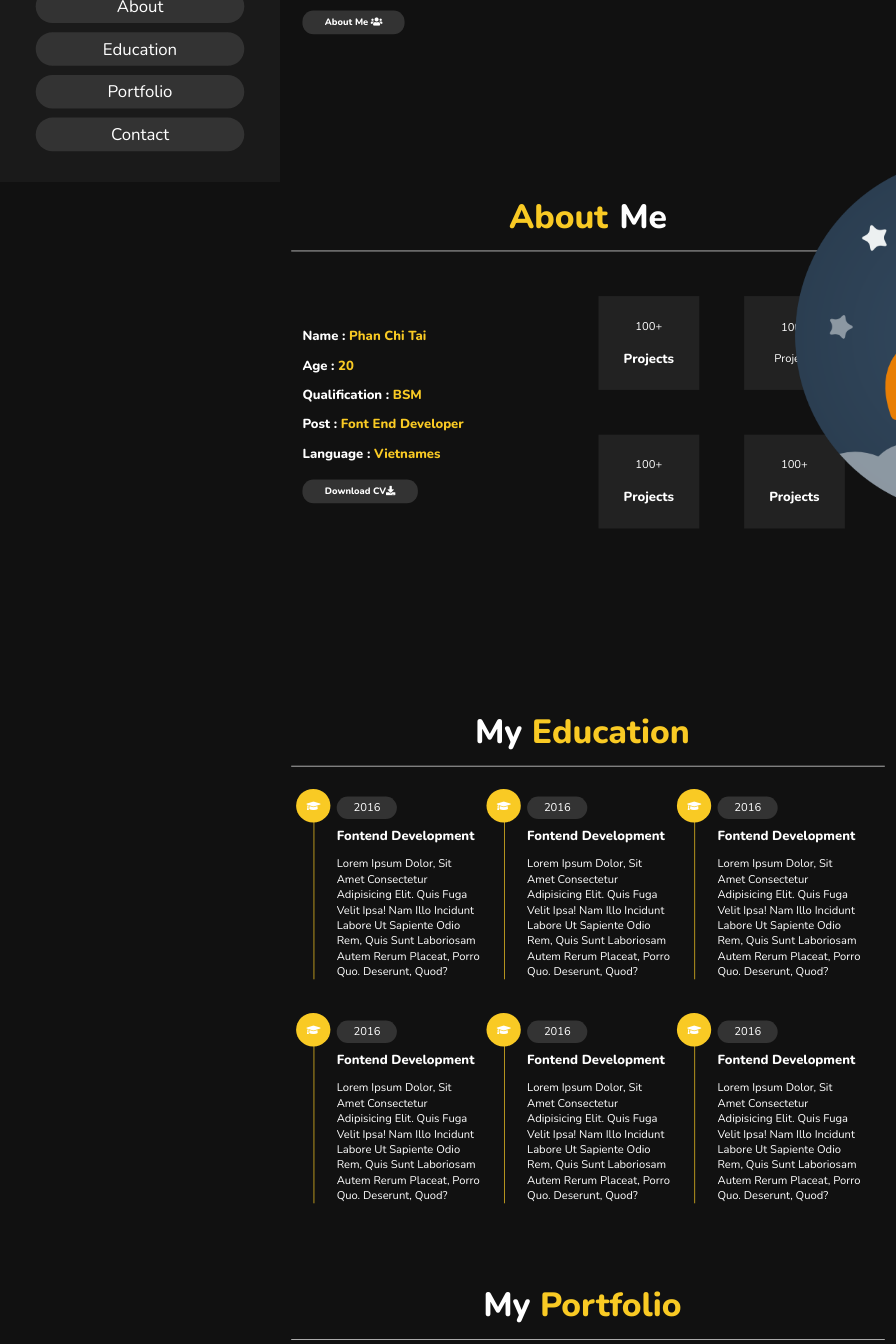
Repository: PCTai/My-profile
Page: index.html
These files come from the project's save history. The page is drawn as it stood at one moment and after the next save; the edit follows.
The browser window is 1280 px wide. The pictures show the part of the page from y = 460 to 2380 px (the page is 2979 px tall before and 3497 px after), at 70% of full size.

Above is the page before, as saved 2022-01-13 08:02:55.

After the next save:
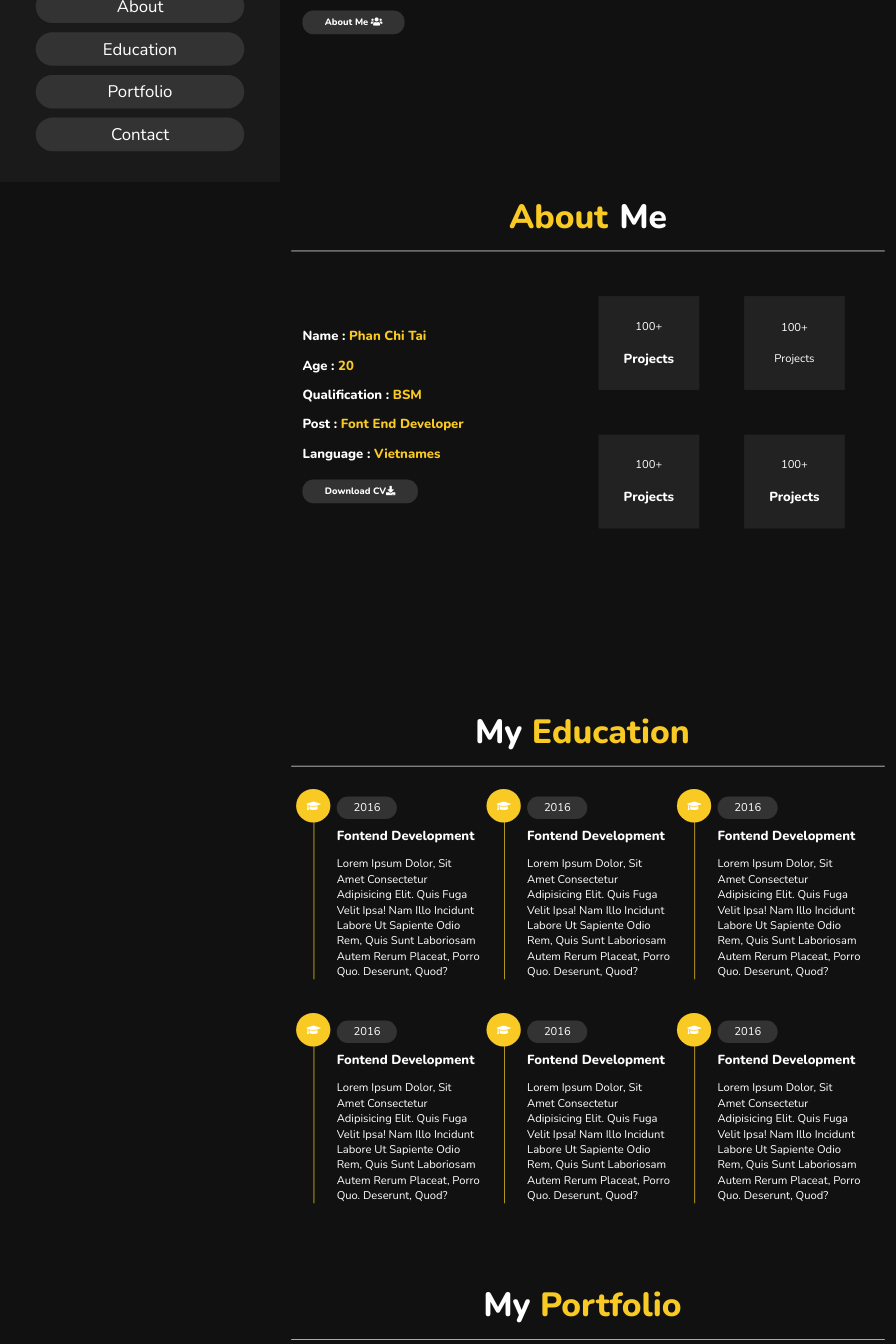
Saved 26 s later.
--- a/assets/css/style.css
+++ b/assets/css/style.css
@@ -241,7 +241,7 @@ section{
 }
 /* contact */
 /* scroll top */
-.top{
+.top-cr{
     position: fixed;
     bottom: 1rem;
     right: 1rem;

After the save that followed:
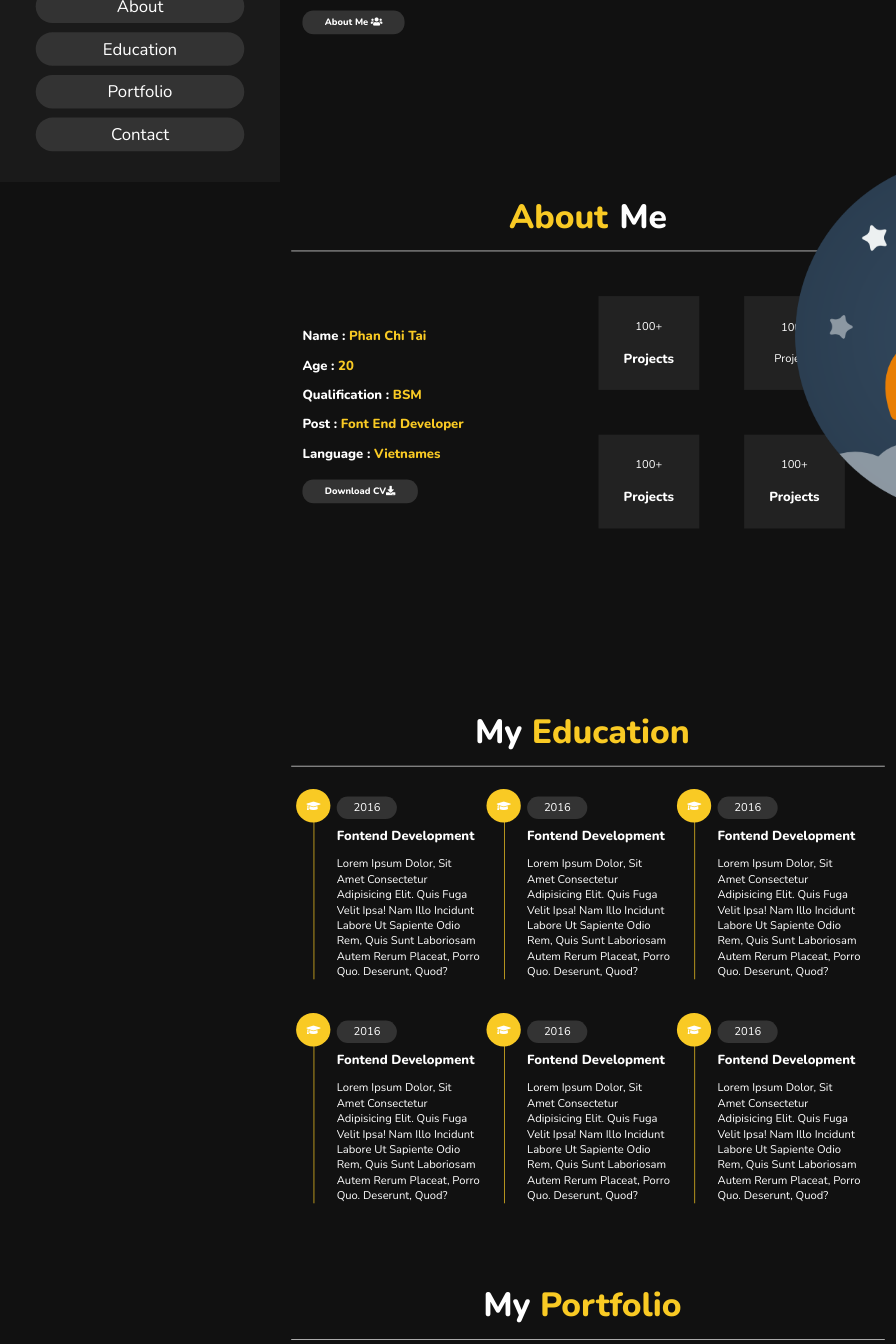
Saved 4 s later.
--- a/index.html
+++ b/index.html
@@ -156,7 +156,7 @@
     <!-- end portfolio -->
 
     <!-- scrolltop button -->
-    <a href="#home" class="top">
+    <a href="#home" class="top-cr">
         <img src="./assets/imgs/roclet.png" alt="">
     </a>
     <script src="./app.js"></script>
